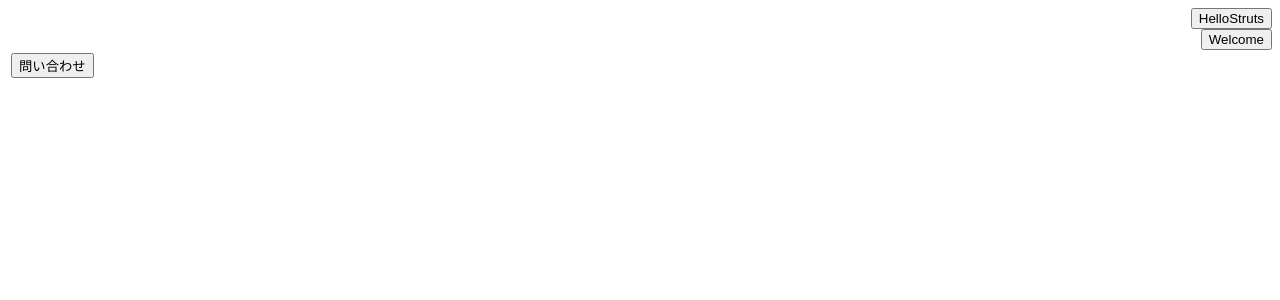
Repository: yuru1234/test
Page: http://localhost/WebProj/
An editor plug-in stored every save of this project. The page is shown before and after the next save, followed by the edit.
The browser window is 1280 px wide. The pictures show the whole page.
The page is served by Tomcat 9. Other server files are loaded and not shown.

Above is the page before, as saved 2018-12-16 15:16:50.

### WebProj/WebContent/index.jsp
<%@ page language="java" contentType="text/html; charset=UTF-8"
    pageEncoding="UTF-8"%>
<%@ taglib prefix="s" uri="/struts-tags" %>
<!DOCTYPE html>
<html>
<head>
<meta http-equiv="Content-Type" content="text/html; charset=UTF-8">
<title>INDEX</title>
</head>
<body>
	<form action="HelloStrutsAction">
		<s:submit value="HelloStruts"/>
	</form>

	<form action="WelcomeAction">
		<s:submit value="Welcome"/>
	</form>

	<s:form action="InquiryAction">
		<s:submit value="問い合わせ"/>
	</s:form>

</body>
</html>

After the next save:
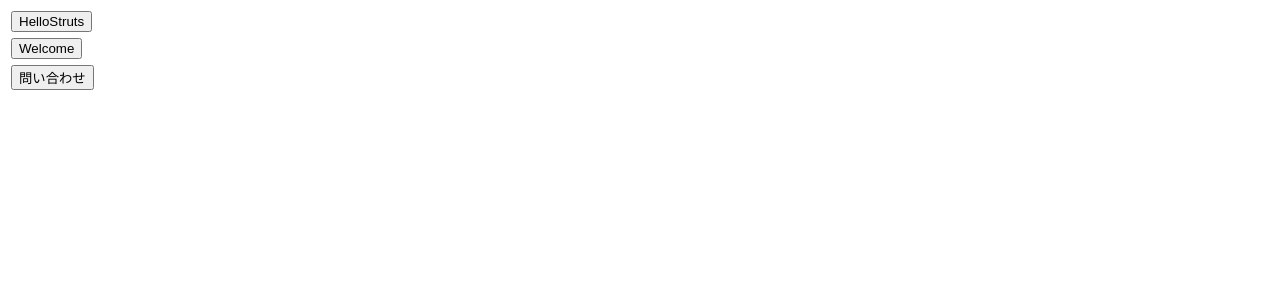
Saved 67 s later.
--- a/WebProj/WebContent/index.jsp
+++ b/WebProj/WebContent/index.jsp
@@ -8,13 +8,13 @@
 <title>INDEX</title>
 </head>
 <body>
-	<form action="HelloStrutsAction">
+	<s:form action="HelloStrutsAction">
 		<s:submit value="HelloStruts"/>
-	</form>
+	</s:form>
 
-	<form action="WelcomeAction">
+	<s:form action="WelcomeAction">
 		<s:submit value="Welcome"/>
-	</form>
+	</s:form>
 
 	<s:form action="InquiryAction">
 		<s:submit value="問い合わせ"/>
